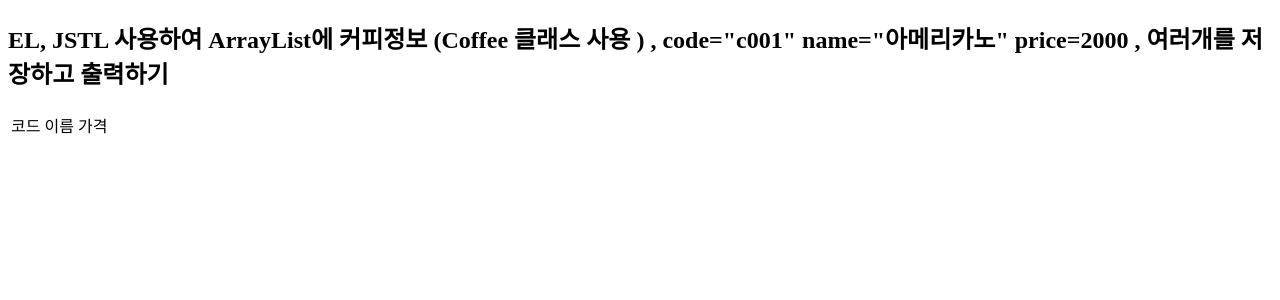
Repository: nobley3/EclipseIDE
Page: http://localhost/ELprj0908실습/quiz8
An editor plug-in stored every save of this project. The page is shown before and after the next save, followed by the edit.
The browser window is 1280 px wide. The pictures show the whole page.
The page is served by Tomcat 9.

Above is the page before, as saved 2023-09-08 06:45:35.

After the next save:
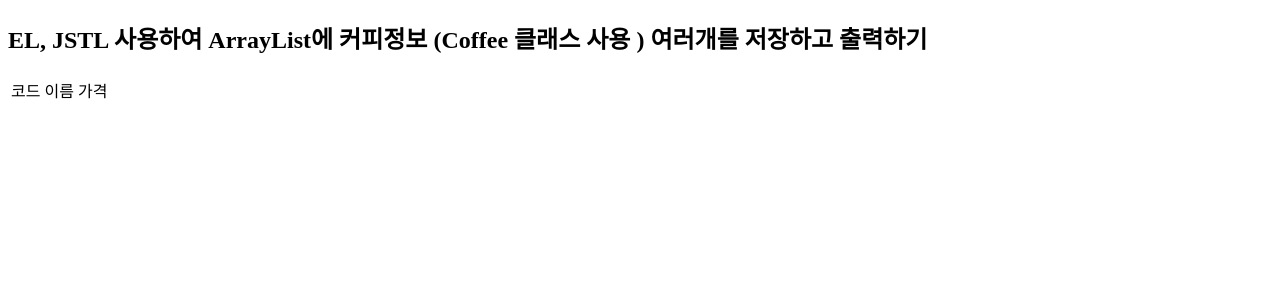
Saved 14 s later.
--- a/ELprj0908실습/src/main/webapp/WEB-INF/views/quiz8.jsp
+++ b/ELprj0908실습/src/main/webapp/WEB-INF/views/quiz8.jsp
@@ -8,7 +8,7 @@
 <title>Insert title here</title>
 </head>
 <body>
-<h2>EL, JSTL 사용하여 ArrayList에 커피정보 (Coffee 클래스 사용 ) ,  code="c001"   name="아메리카노"  price=2000 , 여러개를 저장하고
+<h2>EL, JSTL 사용하여 ArrayList에 커피정보 (Coffee 클래스 사용 ) 여러개를 저장하고
    출력하기 </h2>
 
 <table>
